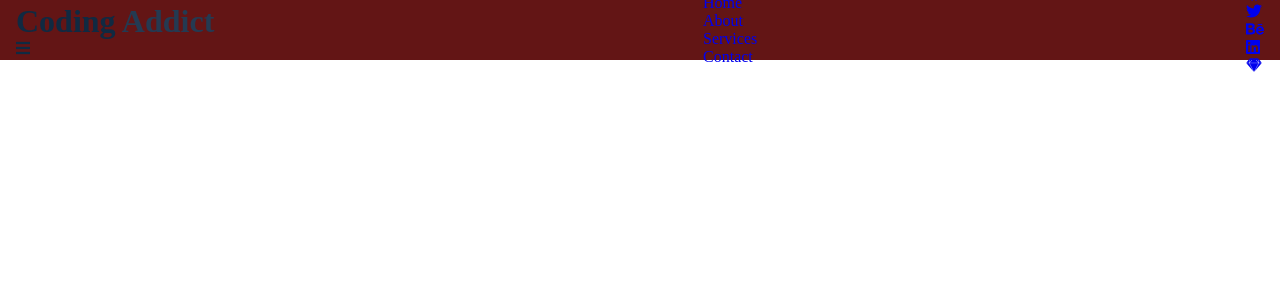
Repository: OmniaRafat232111121/projects-js
Page: modal/index.html
An editor plug-in stored every save of this project. The page is shown before and after the next save, followed by the edit.
The browser window is 1280 px wide. The pictures show the whole page.
Some web libraries are served in a nearby version.

Above is the page before, as saved 2023-01-01 01:26:42.

After the next save:
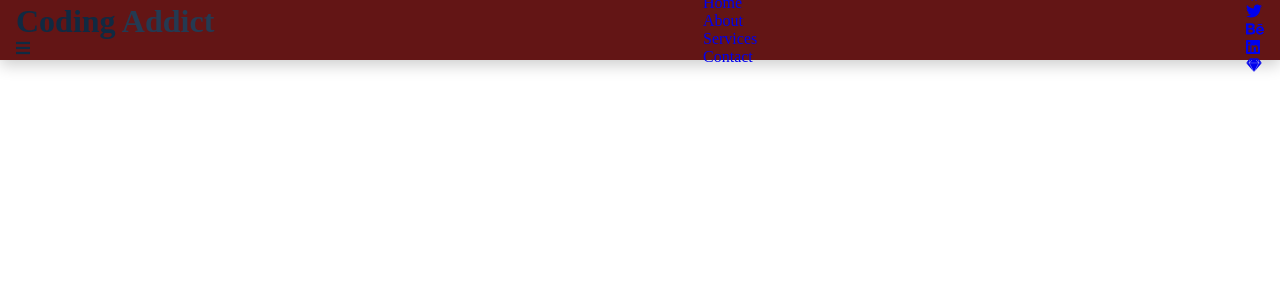
Saved 2 s later.
--- a/modal/style.css
+++ b/modal/style.css
@@ -67,7 +67,7 @@
   align-items: center;
   justify-content: space-between;
   padding: 1rem;
-  box-shadow: var(--d);
+  box-shadow: var(--dark-shadow);
 }
 header .logo h1{
   color:var(--clr-grey-1);
